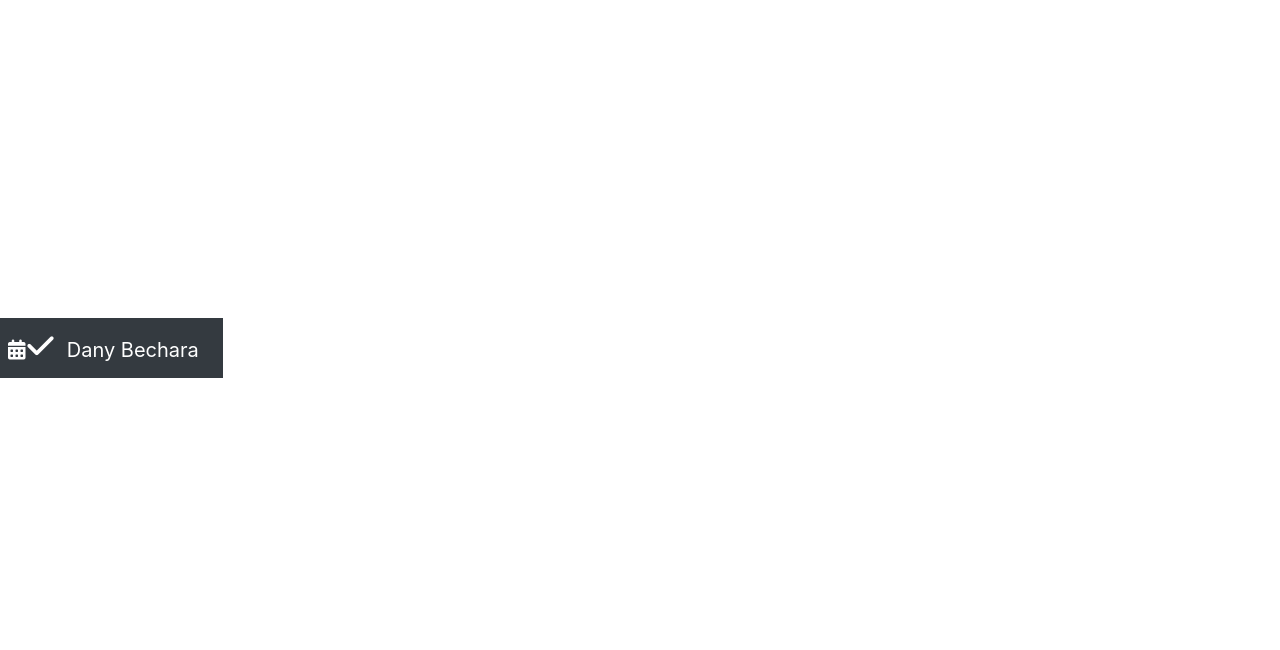
Repository: bechara611/calendar-frontend
Page: /
These files come from the project's save history. The page is drawn as it stood at one moment and after the next save; the edit follows.
The browser window is 1280 px wide. The pictures show the whole page.
The project was rebuilt for these pictures with package versions that can differ from the ones it lists, and the page was loaded fresh each time. Also part of the build but not shown: vite.config.js. Imported but missing from the stored project, and not drawn on this page: src/auth.

Above is the page before, as saved 2023-01-04 14:13:18.

### index.html
<!DOCTYPE html>
<html lang="en">
  <head>
    <meta charset="UTF-8" />
    <link rel="icon" type="image/svg+xml" href="/vite.svg" />
    <meta name="viewport" content="width=device-width, initial-scale=1.0" />
    <title>CalendarDB</title>
    <link rel="stylesheet" href="https://cdn.jsdelivr.net/npm/bootstrap@4.5.3/dist/css/bootstrap.min.css" integrity="sha384-TX8t27EcRE3e/ihU7zmQxVncDAy5uIKz4rEkgIXeMed4M0jlfIDPvg6uqKI2xXr2" crossorigin="anonymous">
    <link rel="stylesheet" href="https://cdnjs.cloudflare.com/ajax/libs/font-awesome/6.2.1/css/all.min.css" integrity="sha512-MV7K8+y+gLIBoVD59lQIYicR65iaqukzvf/nwasF0nqhPay5w/9lJmVM2hMDcnK1OnMGCdVK+iQrJ7lzPJQd1w==" crossorigin="anonymous" referrerpolicy="no-referrer" />
  </head>
  <body>
    <div id="root"></div>
    <script type="module" src="/src/main.jsx"></script>
  </body>
</html>

### src/main.jsx
import React from 'react'
import ReactDOM from 'react-dom/client'
import { BrowserRouter } from 'react-router-dom'
import { CalendarApp } from './CalendarApp'
import './styles.css'

ReactDOM.createRoot(document.getElementById('root')).render(
  <React.StrictMode>

    <BrowserRouter>
      <CalendarApp />
    </BrowserRouter>

    </React.StrictMode>,
)

### src/CalendarApp.jsx
import React from 'react'
import { AppRouter } from './router/AppRouter'

export const CalendarApp = () => {
  return (
   <AppRouter></AppRouter>
  )
}

### src/router/AppRouter.jsx
import React from 'react'
import { Navigate, Route, Routes } from 'react-router-dom'
import { LoginPages } from '../auth/'
import { CalendarPages } from '../calendar/'


export const AppRouter = () => {
 // const authStatus = 'not-authenticated'
  const authStatus = 'authenticated'
  return (
    <Routes>
      {
        (authStatus === 'not-authenticated'
          ? <Route path='/auth/*' element={<LoginPages></LoginPages>}></Route>
          : <Route path='/*' element={<CalendarPages></CalendarPages>}></Route>
        )
      }
      <Route path='/*' element={<Navigate to={'/auth/login'}></Navigate>}></Route>

    </Routes>
  )
}

### src/calendar/index.js
export * from './pages/CalendarPages'
export * from './components/NavBar'

### src/calendar/pages/CalendarPages.jsx
import React from 'react'
import { NavBar } from '../components/NavBar'

export const CalendarPages = () => {
  return (
 <NavBar></NavBar>
  )
}

### src/calendar/components/NavBar.jsx
import React from 'react'
import './NavBar.css'
export const NavBar = () => {
  return (
    <div className="navbar navbar-dark bg-dark mb-4 px-2">
    <span className='navbar-brand'>
    <i className='fas fa-calendar-alt'></i>
    <i className="fa-sharp fa-solid fa-check icono"></i>

    &nbsp;
    Dany Bechara
    </span>
    </div>
  )
}

### src/calendar/components/NavBar.css
.icono{
  font-size: 30px;
}

Loaded but not shown: src/styles.css (common file)

After the next save:
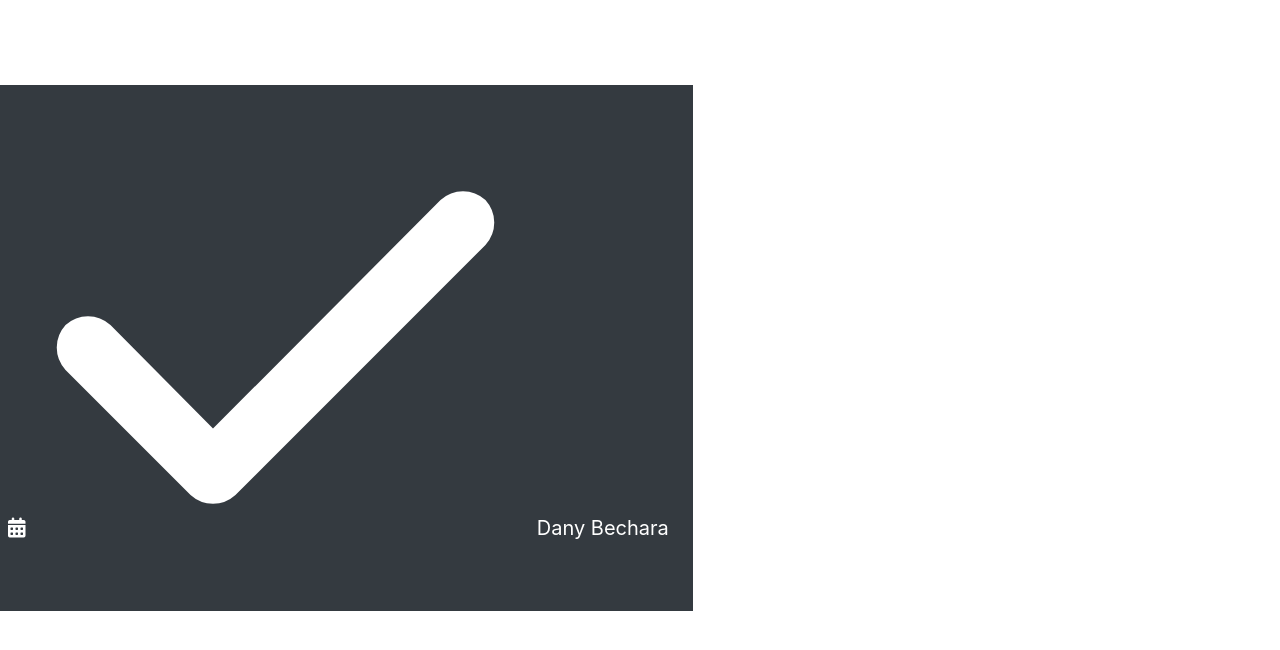
Saved 6 s later.
--- a/src/calendar/components/NavBar.css
+++ b/src/calendar/components/NavBar.css
@@ -1,3 +1,3 @@
 .icono{
-  font-size: 30px;
+  font-size: 500px;
 }

After the save that followed:
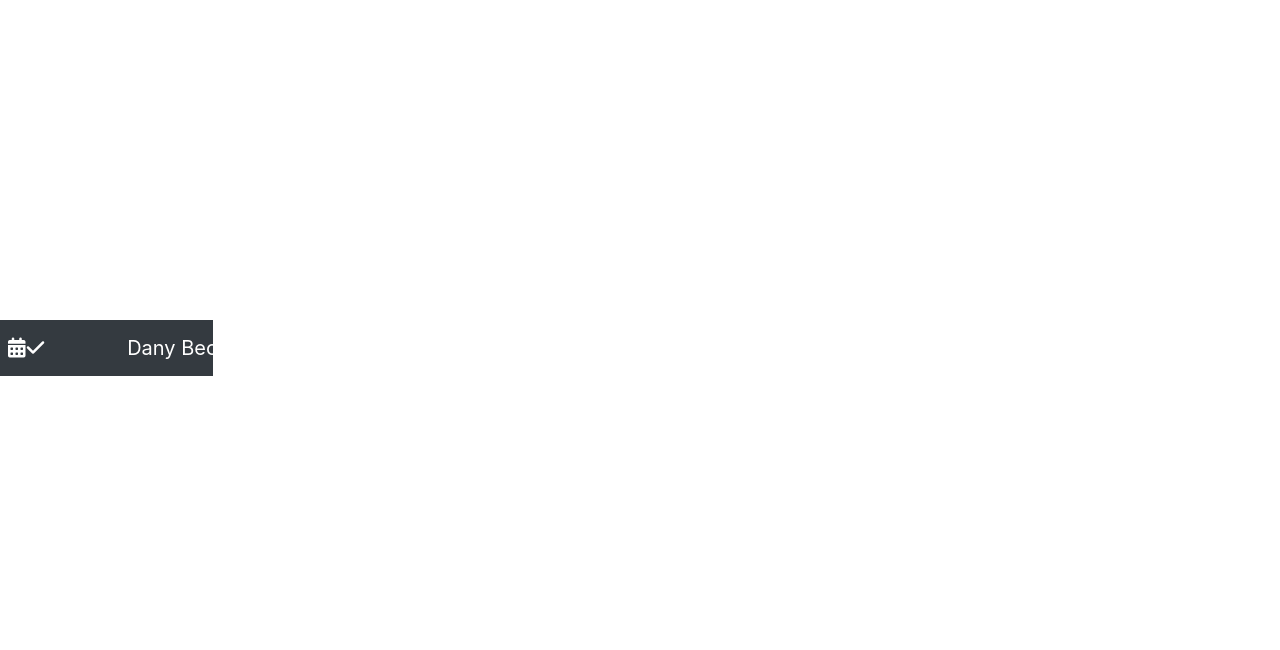
Saved 10 s later.
--- a/src/calendar/components/NavBar.css
+++ b/src/calendar/components/NavBar.css
@@ -1,3 +1,3 @@
 .icono{
-  font-size: 500px;
+ width: 50%;
 }
